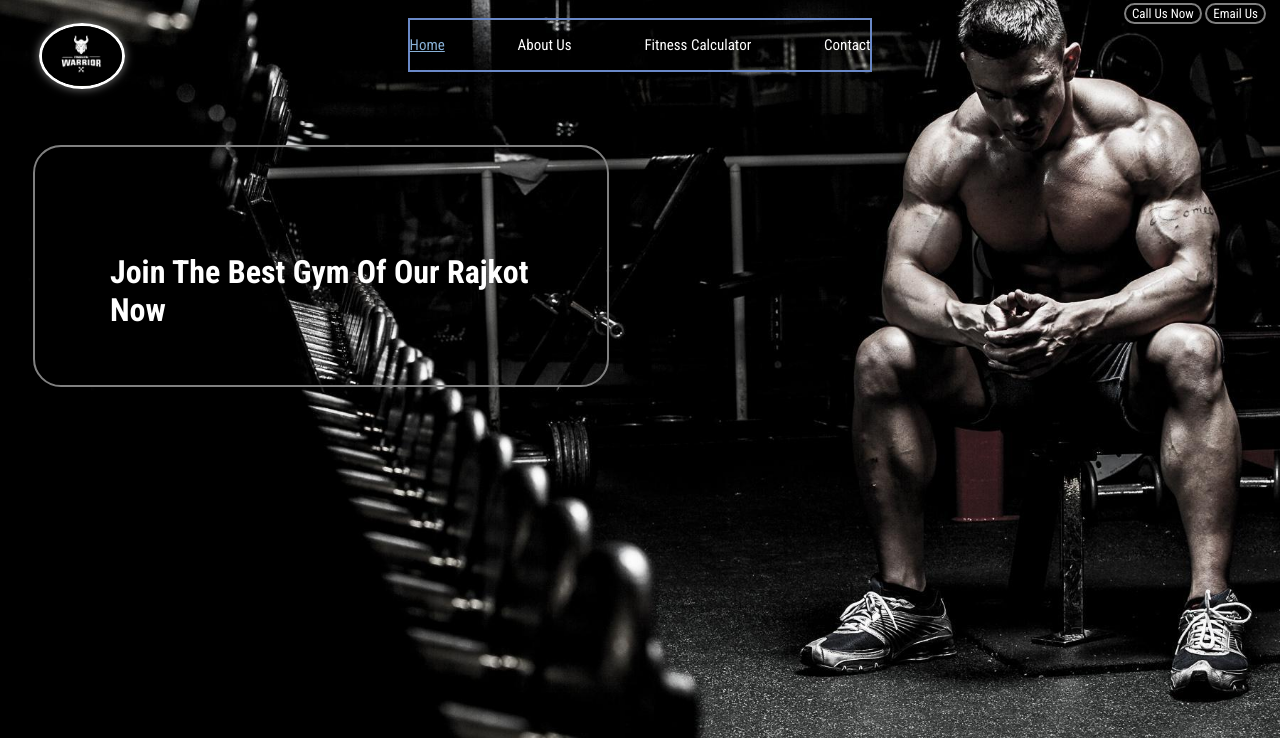
Repository: asthaasquare/project-1
Page: project-1/index.html
The author's editor kept a copy of each file at every save. The page is drawn from the files as they stood at one save, then again after a run of saves.
The browser window is 1280 px wide. The pictures show the whole page.
Some web fonts or font styles are not loaded; a fallback is used.

Above is the page before, as saved 2024-05-09 17:34:17.

### project-1/index.html
<!DOCTYPE html>
<html lang="en">
  <head>
    <meta charset="UTF-8" />
    <meta name="viewport" content="width=device-width, initial-scale=1.0" />
    <title>Fit World</title>
  </head>
  <link rel="preconnect" href="https://fonts.googleapis.com" />
  <link rel="preconnect" href="https://fonts.gstatic.com" crossorigin />
  <link
    href="https://fonts.googleapis.com/css2?family=Briem+Hand:wght@100..900&family=Jaro:opsz@6..72&family=Jersey+25+Charted&family=Oswald:wght@200..700&family=Poetsen+One&family=Raleway:ital,wght@0,100..900;1,100..900&family=Roboto+Condensed:ital,wght@0,100..900;1,100..900&display=swap"
    rel="stylesheet"
  />
  <link rel="stylesheet" href="css/style.css" />
  <style>
    body {
      color: white;
      margin: 0;
      padding: 0;
      background-image: url("img/1087639.jpg");
      background-size: cover; /* This will make sure the image covers the entire background */
      background-position: center; /* This will center the image within the container */
      height: 100vh; /* This will set the height of the background to the viewport height */
      font-family: "Roboto Condensed", sans-serif;
      font-optical-sizing: auto;
    }

    .left {
      /* border: 2px double rgb(75, 62, 62); */
      display: inline-block;
      position: absolute;
      top: 0px;
      left: 34px;
      padding: 5px; /* Add some padding around the logo */
    }

    .left img {
      width: 80px;
      height: auto;
      border-radius: 50%;
      border: 3px solid white;
      box-shadow: 0 0 10px rgba(255, 255, 255, 0.5);
    }

    .left div {
      line-height: 0px;
    }

    .mid {
      margin: 18px auto;
      display: block;
      width: 36%;
      border: 2px double rgb(106, 137, 200);
    }

    .right {
      position: absolute;
      display: inline-block;
      /* border: 2px double rgb(100, 96, 222); */
      top: 0px;
      right: 34px;
    }

    .navbar {
      display: flex; /* Use flexbox for better alignment */
      justify-content: space-between; /* Distribute items evenly across the container */
      align-items: center; /* Center items vertically */
      padding: 0;
    }

    .navbar li {
      font-size: 15px;
      list-style: none; /* Remove default list styles */
      margin-right: 20px; /* Add some spacing between navbar items */
    }

    .navbar li a {
      color: white;
      text-decoration: none;
    }

    .navbar li a:hover,
    .navbar li a.active {
      text-decoration: underline;
      color: rgb(136, 177, 215);
    }

    .navbar li:last-child {
      margin-right: 0; /* Remove margin from the last navbar item */
    }

    .header {
      position: relative; /* Set position to relative to allow absolute positioning of ch
      ild elements */
    }

    .container {
      border: 2px solid grey;
      margin: 73px 33px;
      padding: 75px;
      width: 33%;

      height: 88px;
      border-radius: 28px;
    }

    .btn {
      margin: 0px 0px;
      color: white;
      background-color: black;
      position: relative;
      right: 22px;
      top: -15px;
      left: 20px;
      border: 2px solid grey;
      border-radius: 13px;
      font-size: 13px;
      cursor: pointer;
      transition: background-color 0.3s, border-color 0.3s;
      font-family: "Roboto Condensed", sans-serif;
    }

    .btn:hover {
      background-color: grey; /* Change background color on hover */
      border-color: black; /* Change border color on hover */
    }

    h1{
      position: relative;
      top:10px;
    }
  </style>

  <body>
    <header class="header">
      <div class="left">
        <img src="img/logo.jpg" alt="Logo" />
      </div>
      <div class="mid">
        <ul class="navbar">
          <li><a href="#" class="active">Home</a></li>
          <li><a href="#">About Us</a></li>
          <li><a href="#">Fitness Calculator</a></li>
          <li><a href="#">Contact</a></li>
        </ul>
      </div>
      <div class="right">
        <button class="btn">Call Us Now</button>
        <button class="btn">Email Us</button>
      </div>
    </header>

    <div class="container">
      <h1>Join The Best Gym Of Our Rajkot Now</h1>
    </div>
  </body>
</html>

Loaded but not shown: project-1/css/style.css (no stored copy; drawn as an empty file)

After the next 2 saves:
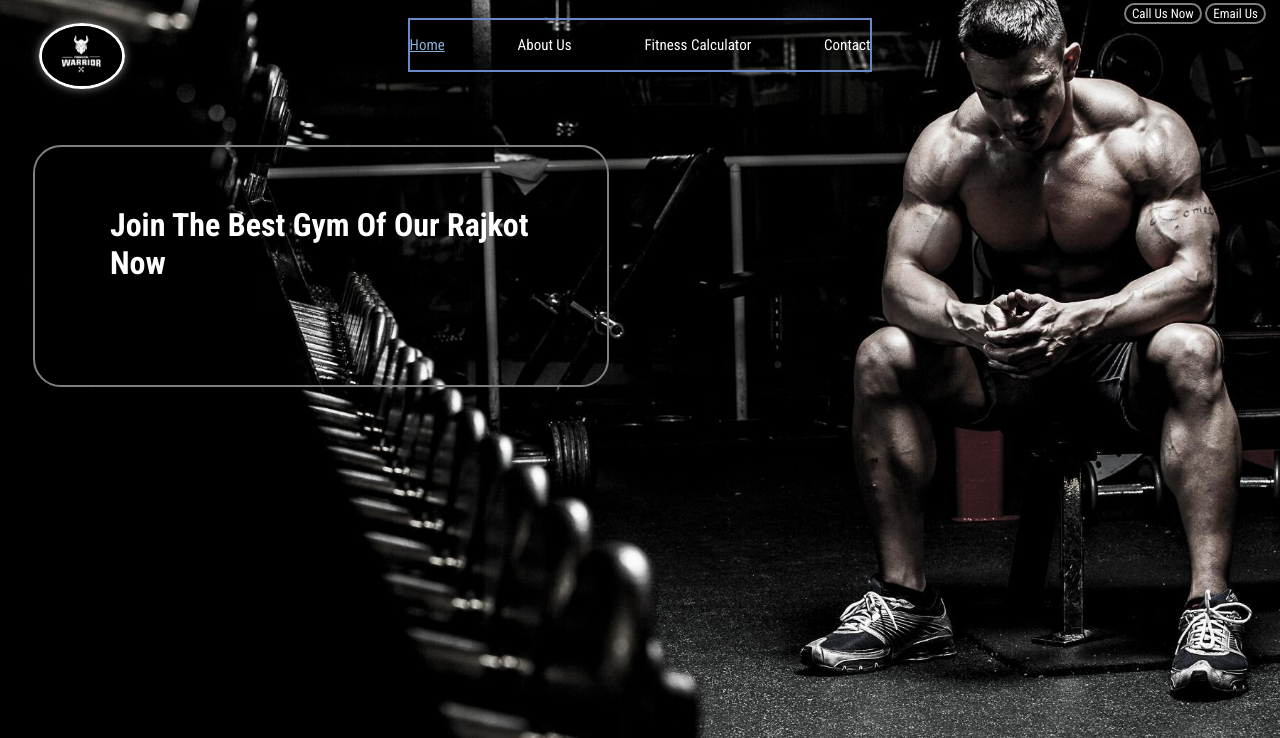
The 2 saves are shown as one change because they came seconds apart.
The last was saved 26 s later.
--- a/project-1/index.html
+++ b/project-1/index.html
@@ -127,7 +127,7 @@
 
     h1{
       position: relative;
-      top:10px;
+      top:-37px;
     }
   </style>
 
